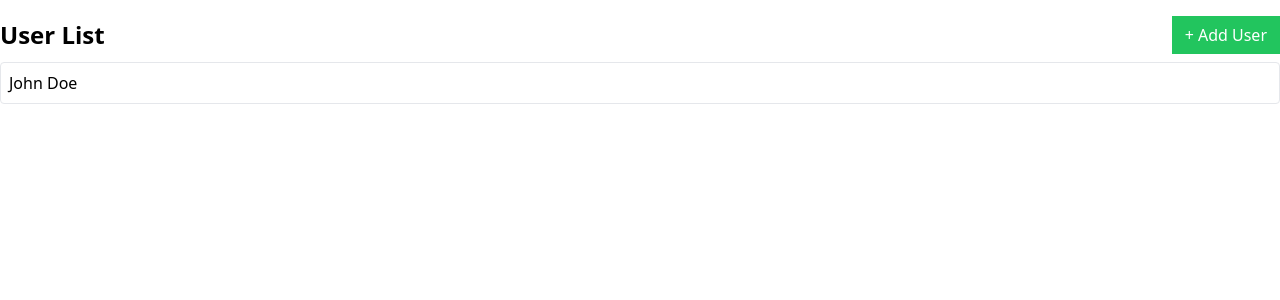
Repository: Marhamat92/users-app-redux-thunk-and-query
Page: /
An editor plug-in stored every save of this project. The page is shown before and after the next save, followed by the edit.
The browser window is 1280 px wide. The pictures show the whole page.
The project was rebuilt for these pictures with package versions that can differ from the ones it lists, and the page was loaded fresh each time. Requests to the local data server were answered from the project's data file.

Above is the page before, as saved 2023-01-30 19:30:16.

### src/index.js
import React from 'react';
import ReactDOM from 'react-dom/client';
import './index.css';
import App from './App';
import { Provider } from 'react-redux';
import { store } from './store';

const root = ReactDOM.createRoot(document.getElementById('root'));
root.render(
  <Provider store={store}>
    <App />
  </Provider>
);

### src/App.js
import UsersList from "./components/UsersList";


function App() {
  return (
    <div className="container mx-auto">
      <UsersList />
    </div>
  );
}

export default App;

### src/store/index.js
import { configureStore } from '@reduxjs/toolkit';
import { usersReducer } from './slices/usersSlice';

export const store = configureStore({
  reducer: {
    users: usersReducer,
  },
});


export * from './thunks/fetchUsers'; //  We are importing this here and exporting it from here so we can use it in App.js
export * from './thunks/addUser'; //  We are importing this here and exporting it from here so we can use it in App.js

### src/components/UsersList.js
import React, { useEffect, useState } from 'react'
import { fetchUsers, addUser } from '../store'
import { useDispatch, useSelector } from 'react-redux'
import Skeleton from './Skeleton'
import Button from './Button'



function UsersList() {
  const dispatch = useDispatch()
  const { data } = useSelector((state) => {
    return state.users;
  });
  const [isLoadingUsers, setIsLoadingUsers] = useState(false)
  const [loadingUsersError, setLoadingUsersError] = useState(null)
  // we deleted isLoading and error from destructring because we will use useState instead of isLoading and error which are isLoadingUsers and loadingUsersError
  const [isAddingUser, setIsAddingUser] = useState(false)
  const [addingUserError, setAddingUserError] = useState(null)


  useEffect(() => {
    setIsLoadingUsers(true)
    dispatch(fetchUsers())
      .unwrap()
      .then(() => {
        setIsLoadingUsers(false)
      })
      .catch((error) => {
        setLoadingUsersError(error)
        setIsLoadingUsers(false)
      })
      .finally(() => {
        setIsLoadingUsers(false)
      })
    //when we console log dispatch we see unwrap, so we ca use t to create a promise and then we can use then and catch to show the loading or error accordingly
  }, [dispatch])

  const handleAddUser = () => {
    setIsAddingUser(true)
    dispatch(addUser())
      .unwrap()
      .then(() => {
        setIsAddingUser(false)
      })
      .catch((error) => {
        setAddingUserError(error)
      })
      .finally(() => {
        setIsAddingUser(false)
      }
      )
  }


  if (isLoadingUsers) {
    return <Skeleton className="h-10 w-full" times={10} />
  }

  if (loadingUsersError) {
    return <div>Error while fetching data..</div>
  }


  const renderedUsers = data.map((user) => {
    console.log(user);
    return (
      <div>
        <div key={user.id} className='mb-2 mt-2 border rounded'>
          <div className='flex p-2 justify-between items-center cursor-pointer' >{user.name}</div>
        </div>
      </div>
    )
  })


  return (

    <div>
      <div className='flex flex-row justify-between items-center mt-4' >
        <h1 className='text-2xl font-bold' >User List</h1>
        {isAddingUser ? "Adding User...."
          : <Button onClick={handleAddUser} success>
            + Add User
          </Button>}
        {addingUserError && <div>Error while adding user</div>}
      </div>
      {renderedUsers}
    </div>
  )
}

export default UsersList

### src/store/slices/usersSlice.js
import { createSlice } from '@reduxjs/toolkit';
import { fetchUsers } from '../thunks/fetchUsers';
import { addUser } from '../thunks/addUser';

const usersSlice = createSlice({
  name: "users",
  initialState: {
    data: [],
    isLoading: false,
    error: null,

  },
  reducers: {},// we don't need reducers here because we are not creating a slice, we are creating a slice for fetching users in src/store/thunks/fetchUsers.//js
  extraReducers(builder) {
    builder.addCase(fetchUsers.pending, (state, action) => { state.isLoading = true });
    builder.addCase(fetchUsers.fulfilled, (state, action) => { state.isLoading = false; state.data = action.payload; });
    builder.addCase(fetchUsers.rejected, (state, action) => { state.isLoading = false; state.error = action.payload; });
    builder.addCase(addUser.pending, (state, action) => { state.isLoading = true; })
    builder.addCase(addUser.fulfilled, (state, action) => { state.isLoading = false; state.data.push(action.payload) });
    builder.addCase(addUser.rejected, (state, action) => { state.isLoading = false; state.error = action.error });
  }

});


//pending means that we are waiting for the response from the server
//fulfilled means that we got the response from the server
//rejected means that we got an error from the server

export const usersReducer = usersSlice.reducer;

### src/store/thunks/fetchUsers.js
import { createAsyncThunk } from "@reduxjs/toolkit";  // we use createAsyncThunk instead of createSlice here because we are not creating a slice, we are creating a thunk for fetching users
import axios from "axios";

const fetchUsers = createAsyncThunk('users/fetch', async () => {
  const response = await axios.get('http://localhost:3004/users')

  //!lets add short pause for development test to see if loading works or not (we will remove it later)
  await pause(2000) //! we are using await here because we want to wait for the pause to finish before we return the response.data
  return response.data;
})


//!lets add short pause for development test to see if loading works or not (we will remove it later)
const pause = (duration) => {
  return new Promise((resolve) => {
    setTimeout(() => {
      resolve()
    }, duration)
  })
}


// when we create async thunk, fetchUsers.pending, fetchUsers.fulfilled, fetchUsers.rejected are automatically created and we can use them inside extraReducers in src/store/slices/usersSlice.js
//so fetchUsers.pending === 'users/fetch/pending', fetchUsers.fulfilled === 'users/fetch/fulfilled', fetchUsers.rejected === 'users/fetch/rejected'

//pending means that we are waiting for the response from the server
//fulfilled means that we got the response from the server
//rejected means that we got an error from the server

export { fetchUsers };

### src/store/thunks/addUser.js
import { createAsyncThunk } from "@reduxjs/toolkit";
import axios from "axios";
import { faker } from '@faker-js/faker'

const addUser = createAsyncThunk('users/add', async () => {
  const response = axios.post('http://localhost:3004/users', {
    name: faker.name.fullName(),
  });
  return response.data;

});

export { addUser };

### src/components/Skeleton.js
import React from 'react'
import classNames from 'classnames'

function Skeleton({ times, className }) {

  const outerClassNames = classNames(
    'relative',
    'overflow-hidden',
    'bg-gray-200',
    'rounded',
    'mb-2.5',
    className
  );
  const innerClassNames = classNames(
    'animate-shimmer',
    'absolute',
    'inset-0',
    '-translate-x-full',
    'bg-gradient-to-r',
    'from-gray-200',
    'via-white',
    'to-gray-200',


  );

  const boxes = Array(times).fill(0).map((_, i) => {
    return (<div key={i} className={outerClassNames}>
      <div className={innerClassNames} />
    </div>)
  });



  return boxes
}

export default Skeleton

### src/components/Button.js
import className from 'classnames';

function Button({
  children,
  primary,
  secondary,
  success,
  warning,
  danger,
  outline,
  rounded,
  ...rest
}) {
  const classes = className(
    rest.className,
    'flex items-center px-3 py-1.5 border',
    {
      'border-blue-500 bg-blue-500 text-white': primary,
      'border-gray-900 bg-gray-900 text-white': secondary,
      'border-green-500 bg-green-500 text-white': success,
      'border-yellow-400 bg-yellow-400 text-white': warning,
      'border-red-500 bg-red-500 text-white': danger,
      'rounded-full': rounded,
      'bg-white': outline,
      'text-blue-500': outline && primary,
      'text-gray-900': outline && secondary,
      'text-green-500': outline && success,
      'text-yellow-400': outline && warning,
      'text-red-500': outline && danger,
    }
  );

  return (
    <button {...rest} className={classes}>
      {children}
    </button>
  );
}

Button.propTypes = {
  checkVariationValue: ({ primary, secondary, success, warning, danger }) => {
    const count =
      Number(!!primary) +
      Number(!!secondary) +
      Number(!!warning) +
      Number(!!success) +
      Number(!!danger);

    if (count > 1) {
      return new Error(
        'Only one of primary, secondary, success, warning, danger can be true'
      );
    }
  },
};

export default Button;

### tailwind.config.js
/** @type {import('tailwindcss').Config} */
module.exports = {
  content: [
    "./src/**/*.{js,jsx,ts,tsx}",
  ],
  theme: {
    extend: {
      keyframes: {
        shimmer: {
          '100%': { transform: 'translateX(100%)' },
        },
      },
      animation: {
        shimmer: 'shimmer 1.5s infinite',
      },
      colors: {},
      fontFamily: {},
      fontSize: {},
      fontWeight: {},
      height: {},
      inset: {},
      letterSpacing: {},
      lineHeight: {},
      margin: {},
      maxHeight: {},
      maxWidth: {},
      minHeight: {},
      minWidth: {},
      opacity: {},
      padding: {},
      screens: {
        xs: "320px",
        sm: "640px",
        md: "768px",
        lg: "1024px",
        xl: "1280px",
        "2xl": "1536px",

      },
      spacing: {},
      stroke: {},
      strokeWidth: {},
      textColor: {},
      width: {},
      zIndex: {},
    },
  },
  plugins: [],
}

### db.json
{
  "users":[{
    "id":1,
     "name":"John Doe"
  }],
  "albums":[],
  "photos":[]
}

Loaded but not shown: public/index.html (common file); src/index.css (common file)

After the next save:
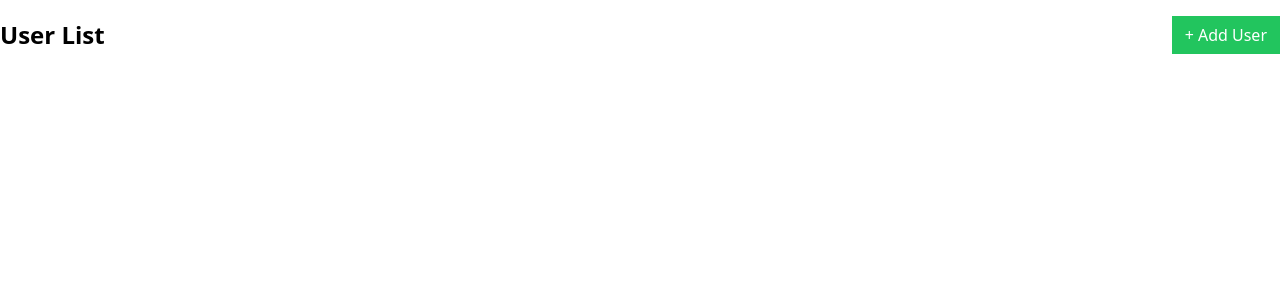
Saved 2 min 2 s later.
--- a/src/components/UsersList.js
+++ b/src/components/UsersList.js
@@ -62,14 +62,15 @@
 
 
   const renderedUsers = data.map((user) => {
-    console.log(user);
-    return (
-      <div>
-        <div key={user.id} className='mb-2 mt-2 border rounded'>
-          <div className='flex p-2 justify-between items-center cursor-pointer' >{user.name}</div>
+    if (user === undefined)
+      return (
+        <div>
+          <div key={user.id} className='mb-2 mt-2 border rounded'>
+            <div className='flex p-2 justify-between items-center cursor-pointer' >{user.name}</div>
+          </div>
         </div>
-      </div>
-    )
+      )
+
   })
 
 

After the save that followed:
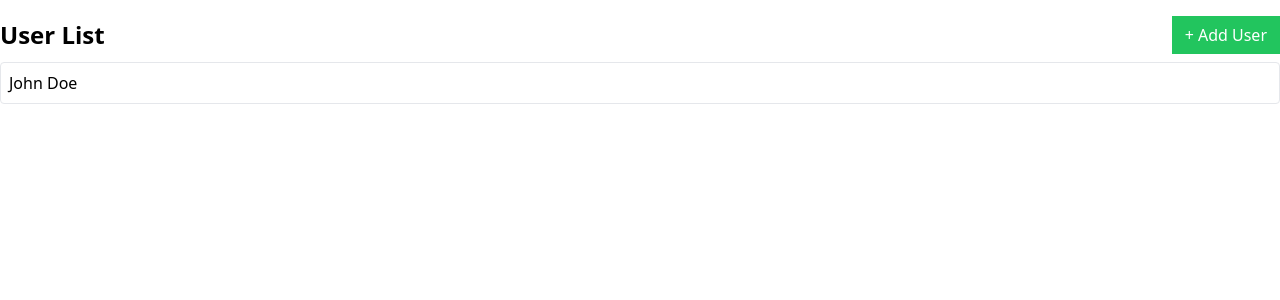
Saved 27 s later.
--- a/src/components/UsersList.js
+++ b/src/components/UsersList.js
@@ -62,7 +62,7 @@
 
 
   const renderedUsers = data.map((user) => {
-    if (user === undefined)
+    if (user !== undefined)
       return (
         <div>
           <div key={user.id} className='mb-2 mt-2 border rounded'>
